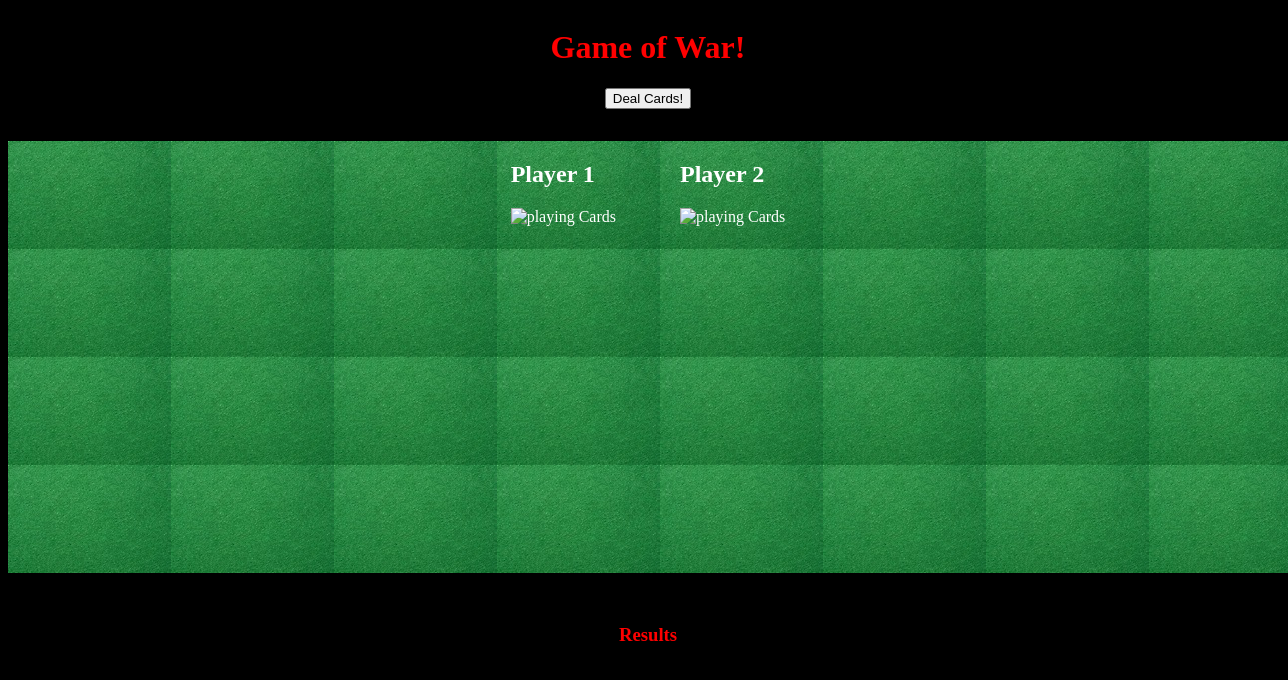
Repository: barroso2223/cakeByG
Page: index.html
The author's editor kept a copy of each file at every save. The page is drawn from the files as they stood at one save, then again after the next save.
The browser window is 1280 px wide. The page is 1288 px wide, so the pictures cover 1288 px, including what lies to the right of the window. The pictures show the whole page.

Above is the page before, as saved 2024-10-11 15:25:09.

After the next save:
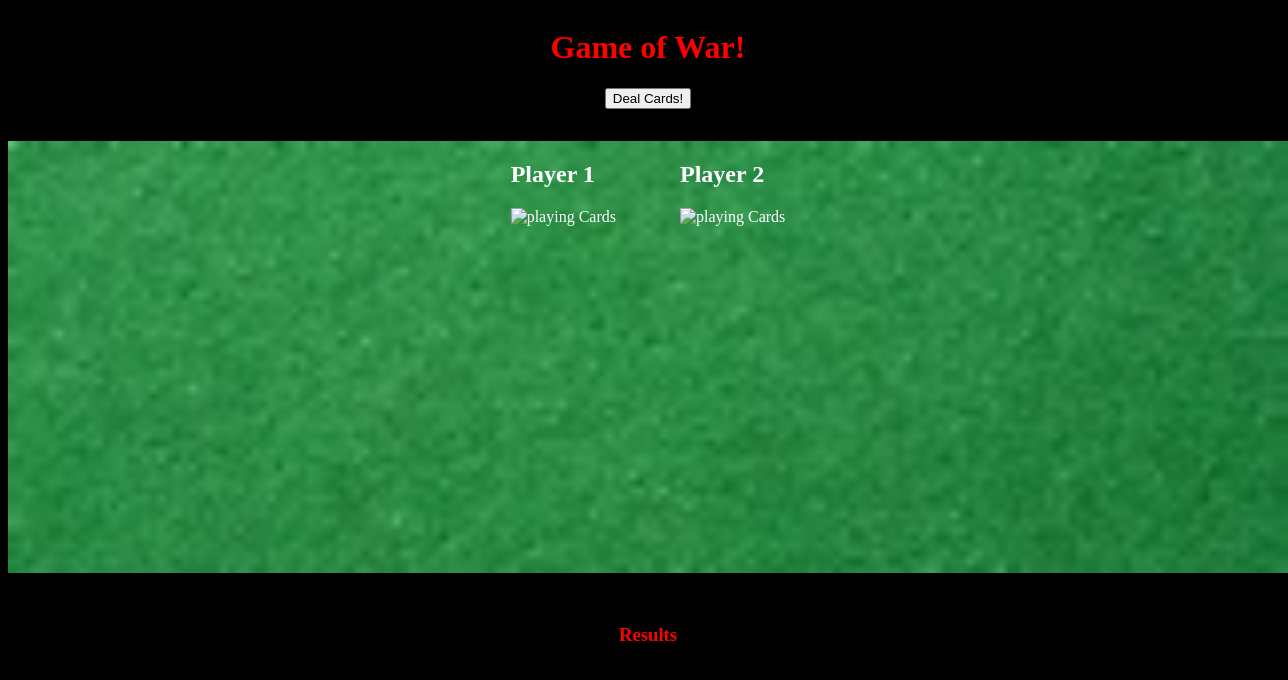
Saved 25 s later.
--- a/style.css
+++ b/style.css
@@ -10,6 +10,8 @@ body {
     justify-content: center;
     align-content: center;
     background-image: url(images/greenFelt.jpg);
+    background-size: cover;
+    inset: 0;
     width: 100dvw;
     height: 60dvh;
     gap: 4rem;
